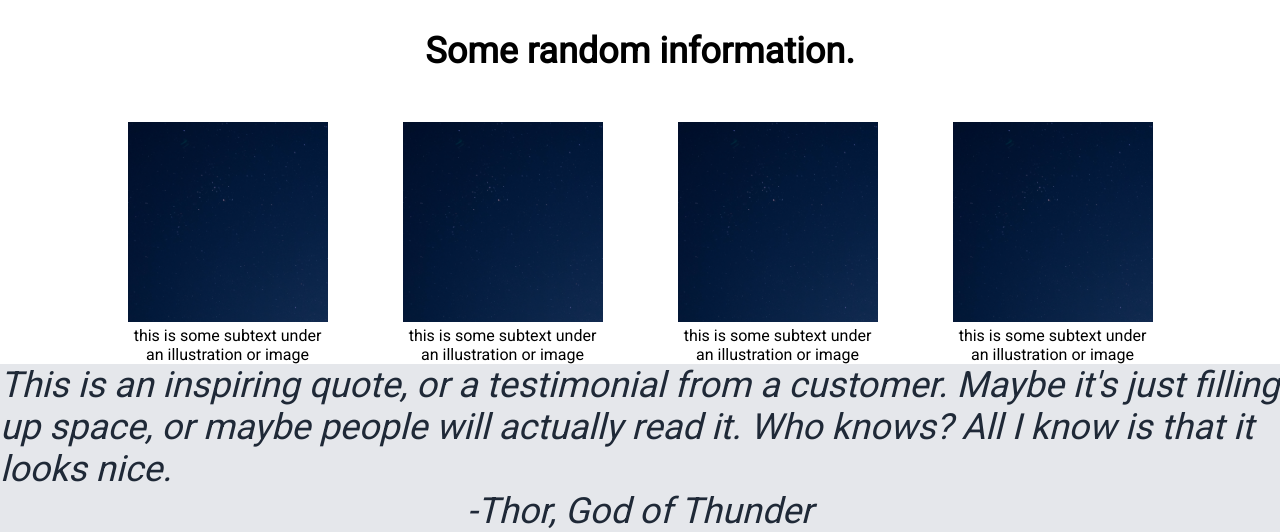
Repository: aaronestre/odin-landingpage
Page: index.html
An editor plug-in stored every save of this project. The page is shown before and after the next save, followed by the edit.
The browser window is 1280 px wide. The pictures show the part of the page from y = 570 to 1334 px (the page is 1102 px tall before and 1334 px after).
A picture or video elsewhere on the page could not be fetched, so the positions and the page height are approximate.

Above is the page before, as saved 2025-02-12 20:23:50.

After the next save:
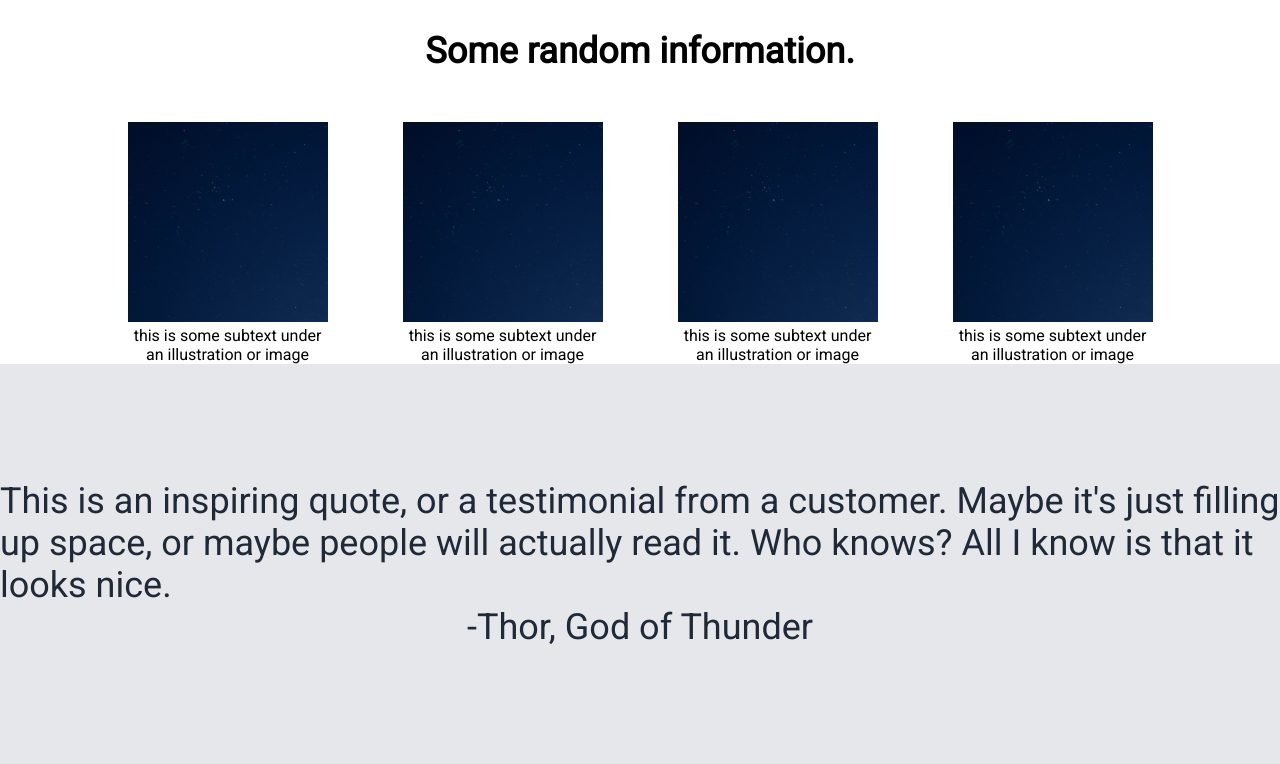
Saved 18 s later.
--- a/index.css
+++ b/index.css
@@ -105,6 +105,6 @@
     justify-content: center;
     align-items: center;
     font-size: 36px;
-    font-style: italic;
-    font-weight: 100;
     color: #1f2937;
+    height: 400px;
+}
